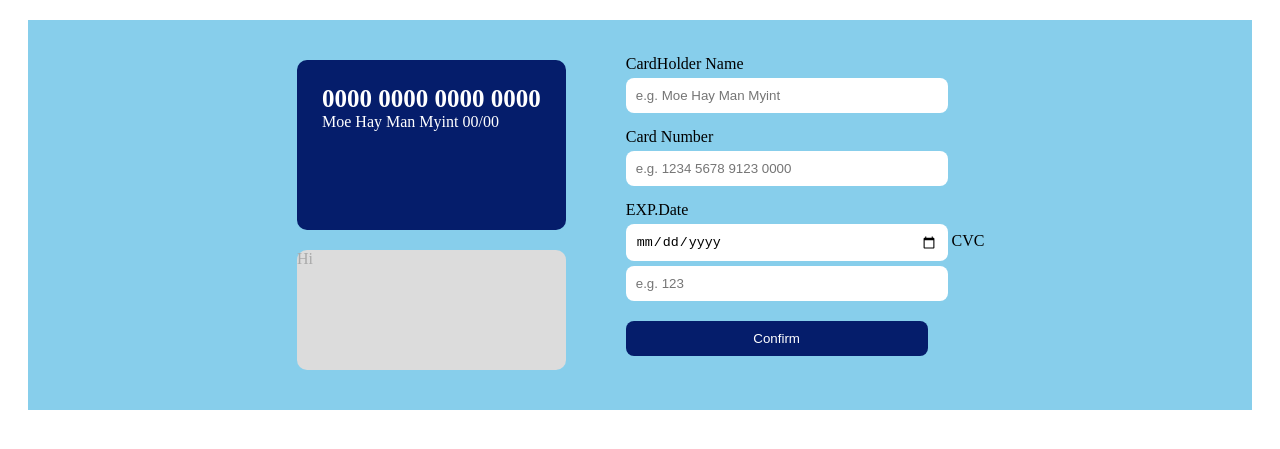
Repository: moehaymanmyint/Interactive-Card-Details-Form
Page: index.html
The author's editor kept a copy of each file at every save. The page is drawn from the files as they stood at one save, then again after the next save.
The browser window is 1280 px wide. The pictures show the whole page.

Above is the page before, as saved 2024-10-15 22:45:24.

After the next save:
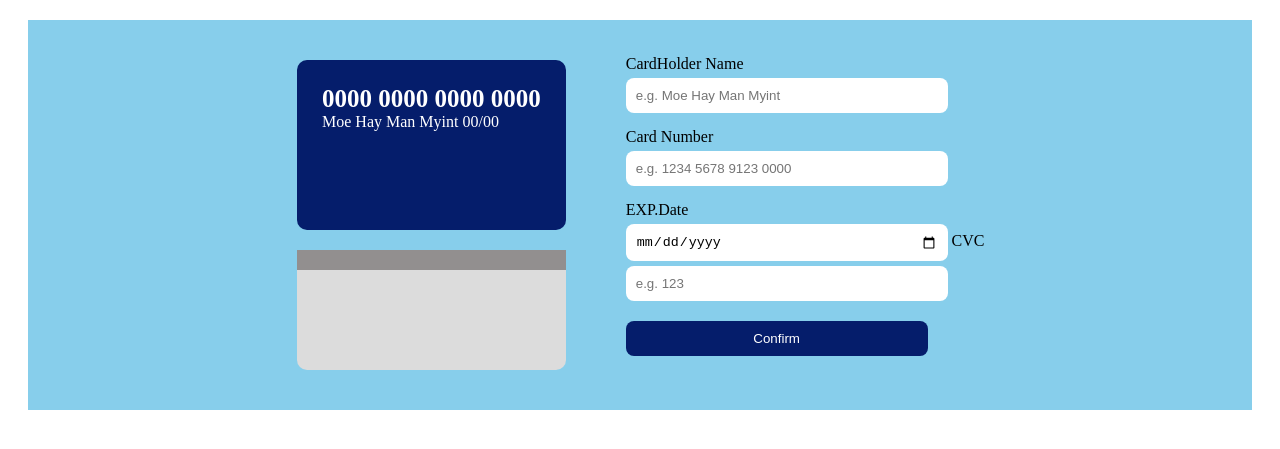
Saved 12 s later.
--- a/index.html
+++ b/index.html
@@ -16,7 +16,7 @@
             <span class="date">00/00</span>
         </div>
         <div class="back-card">
-            <div style="color: darkgrey; height: 20px;" >Hi</div>
+            <div style="background-color: rgb(146, 143, 143); height: 20px;" ></div>
         </div>
     </div>
 
